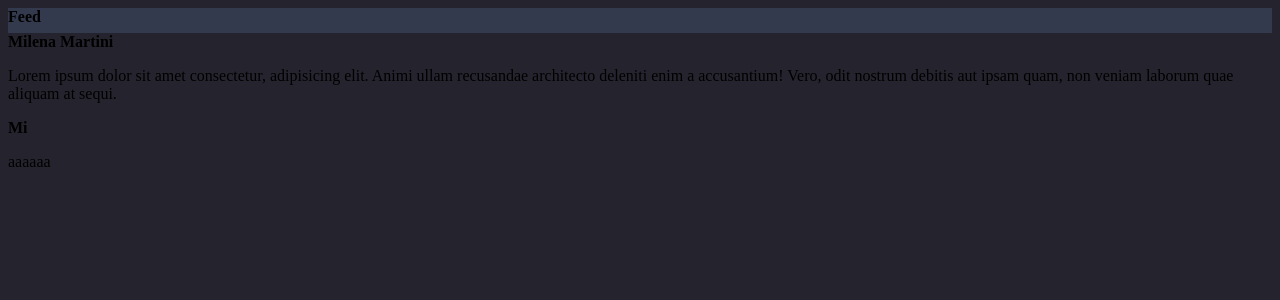
Repository: MilenaMartini/IgniteRckReactJs
Page: /
An editor plug-in stored every save of this project. The page is shown before and after the next save, followed by the edit.
The browser window is 1280 px wide. The pictures show the whole page.
The project was rebuilt for these pictures with package versions that can differ from the ones it lists, and the page was loaded fresh each time. Also part of the build but not shown: vite.config.js.

Above is the page before, as saved 2023-04-14 13:58:30.

After the next save:
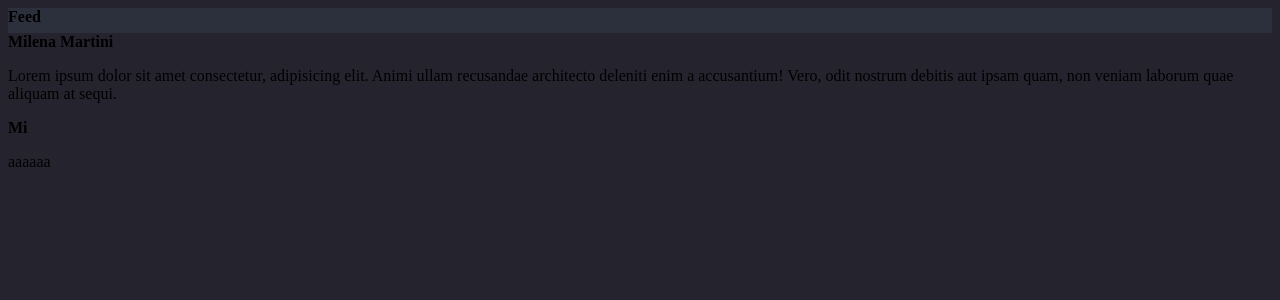
Saved 4 s later.
--- a/src/components/Header.module.css
+++ b/src/components/Header.module.css
@@ -1,4 +1,4 @@
 .header{
-    background-color: #343a4e;
+    background-color: #2c303d;
     height: 25px;
 }
